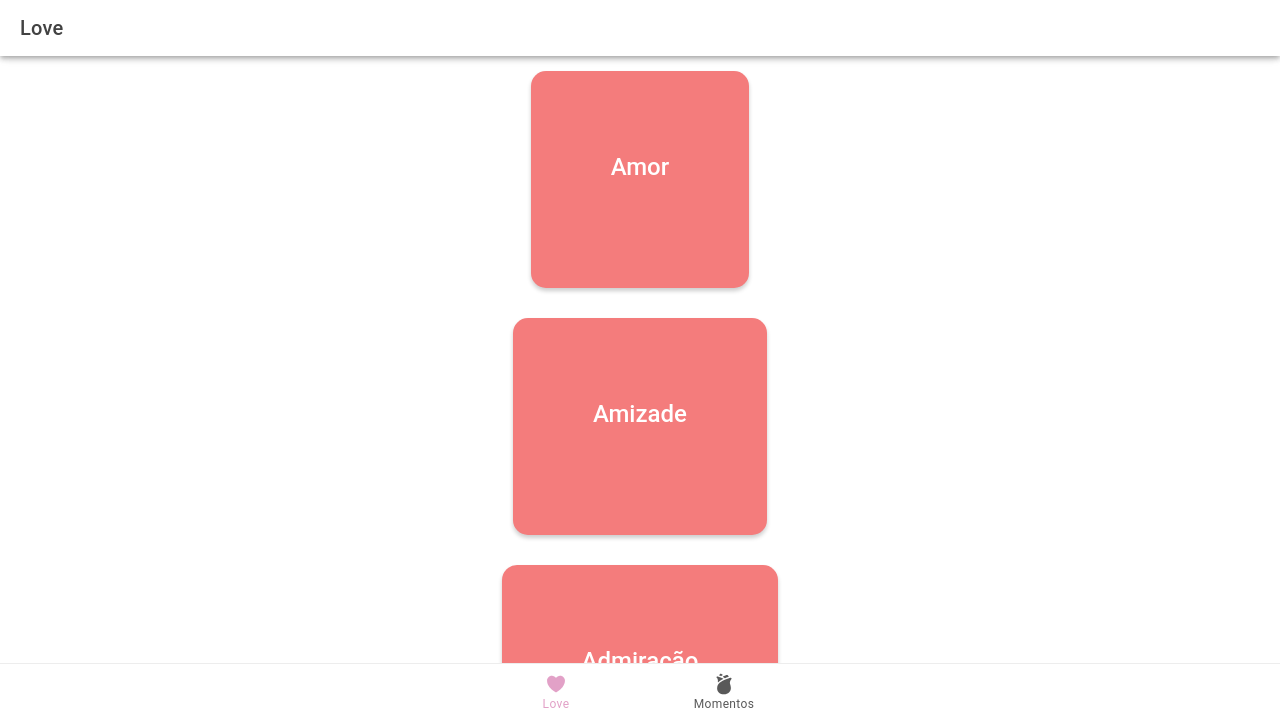
Repository: mateus-henrique-silva/lorrayne-app
Page: /
An editor plug-in stored every save of this project. The page is shown before and after the next save, followed by the edit.
The browser window is 1280 px wide. The pictures show the whole page.
The project was rebuilt for these pictures with package versions that can differ from the ones it lists, and the page was loaded fresh each time. Also part of the build but not shown: src/pages/Tab2.tsx, src/components/ExploreContainer.css, src/components/ExploreContainer.tsx, src/pages/Tab3.tsx.

Above is the page before, as saved 2022-07-05 14:37:51.

### src/App.tsx
import { Redirect, Route } from 'react-router-dom';
import {
  IonApp,
  IonIcon,
  IonLabel,
  IonRouterOutlet,
  IonTabBar,
  IonTabButton,
  IonTabs,
  setupIonicReact
} from '@ionic/react';
import { IonReactRouter } from '@ionic/react-router';
import { ellipse, heart, rose, square, star, triangle } from 'ionicons/icons';
import Tab1 from './pages/Tab1';
import Tab2 from './pages/Tab2';
import Tab3 from './pages/Tab3';

/* Core CSS required for Ionic components to work properly */
import '@ionic/react/css/core.css';

/* Basic CSS for apps built with Ionic */
import '@ionic/react/css/normalize.css';
import '@ionic/react/css/structure.css';
import '@ionic/react/css/typography.css';

/* Optional CSS utils that can be commented out */
import '@ionic/react/css/padding.css';
import '@ionic/react/css/float-elements.css';
import '@ionic/react/css/text-alignment.css';
import '@ionic/react/css/text-transformation.css';
import '@ionic/react/css/flex-utils.css';
import '@ionic/react/css/display.css';

/* Theme variables */
import './theme/variables.css';

setupIonicReact();

const App: React.FC = () => (
  <IonApp>
    <IonReactRouter>
      <IonTabs>
        <IonRouterOutlet>
          <Route exact path="/tab1">
            <Tab1 />
          </Route>
          <Route exact path="/tab2">
            <Tab2 />
          </Route>
          <Route path="/tab3">
            <Tab3 />
          </Route>
          <Route exact path="/">
            <Redirect to="/tab1" />
          </Route>
        </IonRouterOutlet>
        <IonTabBar slot="bottom">
          <IonTabButton tab="tab1" href="/tab1">
            <IonIcon icon={heart} />
            <IonLabel>Love</IonLabel>
          </IonTabButton>
          <IonTabButton tab="tab2" href="/tab2">
            <IonIcon icon={rose} />
            <IonLabel>Momentos</IonLabel>
          </IonTabButton>
          {/* <IonTabButton tab="tab3" href="/tab3">
            <IonIcon icon={star} />
            <IonLabel>Momentos</IonLabel>
          </IonTabButton> */}
        </IonTabBar>
      </IonTabs>
    </IonReactRouter>
  </IonApp>
);

export default App;

### src/pages/Tab1.tsx
import {
  IonContent,
  IonHeader,
  IonPage,
  IonTitle,
  IonToolbar,
} from "@ionic/react";
import Msg from "../components/boxMsg";
import "./Tab1.css";
import Box from "../components/BoxComponents";

const Tab1: React.FC = () => {
  return (
    <IonPage>
      <IonHeader>
        <IonToolbar>
          <IonTitle>Love</IonTitle>
        </IonToolbar>
      </IonHeader>
      <IonContent fullscreen>
        <IonHeader collapse="condense">
          <IonToolbar>
            <IonTitle size="large">Love</IonTitle>
          </IonToolbar>
        </IonHeader>

        <Box paragraph="É essa vontade incontrolável de passar todos os dias ao seu lado. Fazer de tudo para te tirar um sorriso bobo. O amor é simples e sincero. Te amo vida!" text="Amor" fontSize="20px" colorText="#ffff" color="#F47C7C" />

        <Box paragraph="É essa parceria que temos desde o dia que nos conhcemos. Saber que posso contar com você nos momentos mais dificeis" text="Amizade" fontSize="20px" colorText="#ffff" color="#F47C7C" />
        <Box paragraph="É a honra de estar ao lado de uma mulher guerreira, determinada, sonhadora. Que me motiva a crecer e amadurecer todos os dias para ser o melhor para você "
          text="Admiração"
          fontSize="20px"
          colorText="#ffff"
          color="#F47C7C"
        />
        <Box paragraph="É o que eu sinto das conquistas. É do seu futuro que será brilhante. Acredito em você e nos seus sonhos" text="Orgulho" fontSize="20px" colorText="#ffff" color="#F47C7C" />
        <Box paragraph="É o que eu tenho todos os dias. Agradeço a Deus por ter colocado a mulher mais incrivel do mundo na minha vida."
          text="Gratidão"
          fontSize="20px"
          colorText="#ffff"
          color="#F47C7C"
        />
        <Box paragraph="É o que somos. Mesmo não vivendo juntos ainda eu sei que somos uma familia, pois familia é que esta ao nosso lado nos bons e mals momento, e como eu sempre disse somos nos 2 contra o mundo!!"text="Familia" fontSize="20px" colorText="#ffff" color="#F47C7C" />
      </IonContent>
    </IonPage>
  );
};

export default Tab1;

### src/theme/variables.css
/* Ionic Variables and Theming. For more info, please see:
http://ionicframework.com/docs/theming/ */

/** Ionic CSS Variables **/
:root {
  /** primary **/
  --ion-color-primary: #e2a1c7;
  --ion-color-primary-rgb: 226, 161, 199;
  --ion-color-primary-contrast: #000000;
  --ion-color-primary-contrast-rgb: 0, 0, 0;
  --ion-color-primary-shade: #c78eaf;
  --ion-color-primary-tint: #e5aacd;

  /** secondary **/
  --ion-color-secondary: #3dc2ff;
  --ion-color-secondary-rgb: 61, 194, 255;
  --ion-color-secondary-contrast: #ffffff;
  --ion-color-secondary-contrast-rgb: 255, 255, 255;
  --ion-color-secondary-shade: #36abe0;
  --ion-color-secondary-tint: #50c8ff;

  /** tertiary **/
  --ion-color-tertiary: #5260ff;
  --ion-color-tertiary-rgb: 82, 96, 255;
  --ion-color-tertiary-contrast: #ffffff;
  --ion-color-tertiary-contrast-rgb: 255, 255, 255;
  --ion-color-tertiary-shade: #4854e0;
  --ion-color-tertiary-tint: #6370ff;

  /** success **/
  --ion-color-success: #2dd36f;
  --ion-color-success-rgb: 45, 211, 111;
  --ion-color-success-contrast: #ffffff;
  --ion-color-success-contrast-rgb: 255, 255, 255;
  --ion-color-success-shade: #28ba62;
  --ion-color-success-tint: #42d77d;

  /** warning **/
  --ion-color-warning: #ffc409;
  --ion-color-warning-rgb: 255, 196, 9;
  --ion-color-warning-contrast: #000000;
  --ion-color-warning-contrast-rgb: 0, 0, 0;
  --ion-color-warning-shade: #e0ac08;
  --ion-color-warning-tint: #ffca22;

  /** danger **/
  --ion-color-danger: #eb445a;
  --ion-color-danger-rgb: 235, 68, 90;
  --ion-color-danger-contrast: #ffffff;
  --ion-color-danger-contrast-rgb: 255, 255, 255;
  --ion-color-danger-shade: #cf3c4f;
  --ion-color-danger-tint: #ed576b;

  /** dark **/
  --ion-color-dark: #222428;
  --ion-color-dark-rgb: 34, 36, 40;
  --ion-color-dark-contrast: #ffffff;
  --ion-color-dark-contrast-rgb: 255, 255, 255;
  --ion-color-dark-shade: #1e2023;
  --ion-color-dark-tint: #383a3e;

  /** medium **/
  --ion-color-medium: #92949c;
  --ion-color-medium-rgb: 146, 148, 156;
  --ion-color-medium-contrast: #ffffff;
  --ion-color-medium-contrast-rgb: 255, 255, 255;
  --ion-color-medium-shade: #808289;
  --ion-color-medium-tint: #9d9fa6;

  /** light **/
  --ion-color-light: #f4f5f8;
  --ion-color-light-rgb: 244, 245, 248;
  --ion-color-light-contrast: #000000;
  --ion-color-light-contrast-rgb: 0, 0, 0;
  --ion-color-light-shade: #d7d8da;
  --ion-color-light-tint: #f5f6f9;
}

@media (prefers-color-scheme: dark) {
  /*
   * Dark Colors
   * -------------------------------------------
   */

  body {
    --ion-color-primary: #e2a1c7;
    --ion-color-primary-rgb: 226, 161, 199;
    --ion-color-primary-contrast: #000000;
    --ion-color-primary-contrast-rgb: 0, 0, 0;
    --ion-color-primary-shade: #c78eaf;
    --ion-color-primary-tint: #e5aacd;

    --ion-color-secondary: #50c8ff;
    --ion-color-secondary-rgb: 80,200,255;
    --ion-color-secondary-contrast: #ffffff;
    --ion-color-secondary-contrast-rgb: 255,255,255;
    --ion-color-secondary-shade: #46b0e0;
    --ion-color-secondary-tint: #62ceff;

    --ion-color-tertiary: #6a64ff;
    --ion-color-tertiary-rgb: 106,100,255;
    --ion-color-tertiary-contrast: #ffffff;
    --ion-color-tertiary-contrast-rgb: 255,255,255;
    --ion-color-tertiary-shade: #5d58e0;
    --ion-color-tertiary-tint: #7974ff;

    --ion-color-success: #2fdf75;
    --ion-color-success-rgb: 47,223,117;
    --ion-color-success-contrast: #000000;
    --ion-color-success-contrast-rgb: 0,0,0;
    --ion-color-success-shade: #29c467;
    --ion-color-success-tint: #44e283;

    --ion-color-warning: #ffd534;
    --ion-color-warning-rgb: 255,213,52;
    --ion-color-warning-contrast: #000000;
    --ion-color-warning-contrast-rgb: 0,0,0;
    --ion-color-warning-shade: #e0bb2e;
    --ion-color-warning-tint: #ffd948;

    --ion-color-danger: #ff4961;
    --ion-color-danger-rgb: 255,73,97;
    --ion-color-danger-contrast: #ffffff;
    --ion-color-danger-contrast-rgb: 255,255,255;
    --ion-color-danger-shade: #e04055;
    --ion-color-danger-tint: #ff5b71;

    --ion-color-dark: #f4f5f8;
    --ion-color-dark-rgb: 244,245,248;
    --ion-color-dark-contrast: #000000;
    --ion-color-dark-contrast-rgb: 0,0,0;
    --ion-color-dark-shade: #d7d8da;
    --ion-color-dark-tint: #f5f6f9;

    --ion-color-medium: #989aa2;
    --ion-color-medium-rgb: 152,154,162;
    --ion-color-medium-contrast: #000000;
    --ion-color-medium-contrast-rgb: 0,0,0;
    --ion-color-medium-shade: #86888f;
    --ion-color-medium-tint: #a2a4ab;

    --ion-color-light: #222428;
    --ion-color-light-rgb: 34,36,40;
    --ion-color-light-contrast: #ffffff;
    --ion-color-light-contrast-rgb: 255,255,255;
    --ion-color-light-shade: #1e2023;
    --ion-color-light-tint: #383a3e;
  }

  /*
   * iOS Dark Theme
   * -------------------------------------------
   */

  .ios body {
    --ion-background-color: #000000;
    --ion-background-color-rgb: 0,0,0;

    --ion-text-color: #ffffff;
    --ion-text-color-rgb: 255,255,255;

    --ion-color-step-50: #0d0d0d;
    --ion-color-step-100: #1a1a1a;
    --ion-color-step-150: #262626;
    --ion-color-step-200: #333333;
    --ion-color-step-250: #404040;
    --ion-color-step-300: #4d4d4d;
    --ion-color-step-350: #595959;
    --ion-color-step-400: #666666;
    --ion-color-step-450: #737373;
    --ion-color-step-500: #808080;
    --ion-color-step-550: #8c8c8c;
    --ion-color-step-600: #999999;
    --ion-color-step-650: #a6a6a6;
    --ion-color-step-700: #b3b3b3;
    --ion-color-step-750: #bfbfbf;
    --ion-color-step-800: #cccccc;
    --ion-color-step-850: #d9d9d9;
    --ion-color-step-900: #e6e6e6;
    --ion-color-step-950: #f2f2f2;

    --ion-item-background: #000000;

    --ion-card-background: #1c1c1d;
  }

  .ios ion-modal {
    --ion-background-color: var(--ion-color-step-100);
    --ion-toolbar-background: var(--ion-color-step-150);
    --ion-toolbar-border-color: var(--ion-color-step-250);
  }


  /*
   * Material Design Dark Theme
   * -------------------------------------------
   */

  .md body {
    --ion-background-color: #121212;
    --ion-background-color-rgb: 18,18,18;

    --ion-text-color: #ffffff;
    --ion-text-color-rgb: 255,255,255;

    --ion-border-color: #222222;

    --ion-color-step-50: #1e1e1e;
    --ion-color-step-100: #2a2a2a;
    --ion-color-step-150: #363636;
    --ion-color-step-200: #414141;
    --ion-color-step-250: #4d4d4d;
    --ion-color-step-300: #595959;
    --ion-color-step-350: #656565;
    --ion-color-step-400: #717171;
    --ion-color-step-450: #7d7d7d;
    --ion-color-step-500: #898989;
    --ion-color-step-550: #949494;
    --ion-color-step-600: #a0a0a0;
    --ion-color-step-650: #acacac;
    --ion-color-step-700: #b8b8b8;
    --ion-color-step-750: #c4c4c4;
    --ion-color-step-800: #d0d0d0;
    --ion-color-step-850: #dbdbdb;
    --ion-color-step-900: #e7e7e7;
    --ion-color-step-950: #f3f3f3;

    --ion-item-background: #1e1e1e;

    --ion-toolbar-background: #1f1f1f;

    --ion-tab-bar-background: #1f1f1f;

    --ion-card-background: #1e1e1e;
  }
}

### src/components/BoxComponents.tsx
import React, { useState } from "react";
import { motion, AnimatePresence } from "framer-motion";
import "./BoxComponents.css";

interface TextBox {
  text: string;
  color: string;
  colorText: string;
  fontSize: string;
  paragraph: string;
}

const BoxComponents: React.FC<TextBox> = (props, { text }) => {
  const [isOpen, setIsOpen] = useState(false);
  const TextArray = [
    {
      id: 0,
      paragraph: "Mateus henrique lindo",
    },
    { id: 1, paragraph: "Mateus henrique lindo" },
  ];
  const colorBox = {
    backgroundColor: props.color,
    color: props.colorText,
    fontSize: props.fontSize,
  };
  return (
    <div className="Box">
      <div className="BoxSet">
        <motion.div transition={{layout: {duration:2, type:"spring"}}} onClick= {()=> setIsOpen(!isOpen)} className="BoxPrincipal" style={colorBox}>
        <motion.h2 layout="position">{props.text}</motion.h2>

          {isOpen &&(

          <motion.div initial={{opacity:0}} animate ={{opacity:1}} transition={{duration:1}} >
          {/* {
         TextArray.map((TextArray)  =>(
          <p key={TextArray.id}>{TextArray.paragraph}</p>
         )  )} */}
         <p>{props.paragraph}</p>
         </motion.div>)}

        </motion.div>
        {/* <motion.div className="BoxPrincipal" style={colorBox}>{props.text}</motion.div> */}
      </div>
    </div>
  );
};

export default BoxComponents;

### src/components/BoxComponents.css
.Box{
    display:grid;
    justify-content:space-around;
    overflow:hidden;

}
.BoxSet{

    width:100%;
    margin-bottom:15px;


}

.BoxPrincipal{
    padding: 4rem 5rem 6rem;
    display:block;
    width: 100%;
    margin-top:15px;
    border-radius:15px;
    justify-content:center;
    cursor: pointer;
    align-items:center;
    transition:1s;
    box-shadow: 0px 3px 4px rgba(0,0,0,0.2) ;
}
p{
    padding-top:1rem ;


}
h2{
    margin: 0;
    padding: 0;
}
@media(max-width:800px){
    .Box{
        display:grid;
        justify-content:space-around;

        width:100%;


    }
    .BoxSet{
        display:flex;
        width:100%;
        margin-bottom:15px;


    }


    .Box:last-child{
        margin-bottom:15px;
    }

}


@media(max-width:480px){

    .BoxSet{
        display:grid;
        width:100%
    }


}

Loaded but not shown: public/index.html (common file); src/index.tsx (common file); src/serviceWorkerRegistration.ts (common file); src/reportWebVitals.ts (common file); src/pages/Tab1.css (no stored copy; drawn as an empty file); src/pages/Tab2.css (no stored copy; drawn as an empty file); src/pages/Tab3.css (no stored copy; drawn as an empty file)

After the next save:
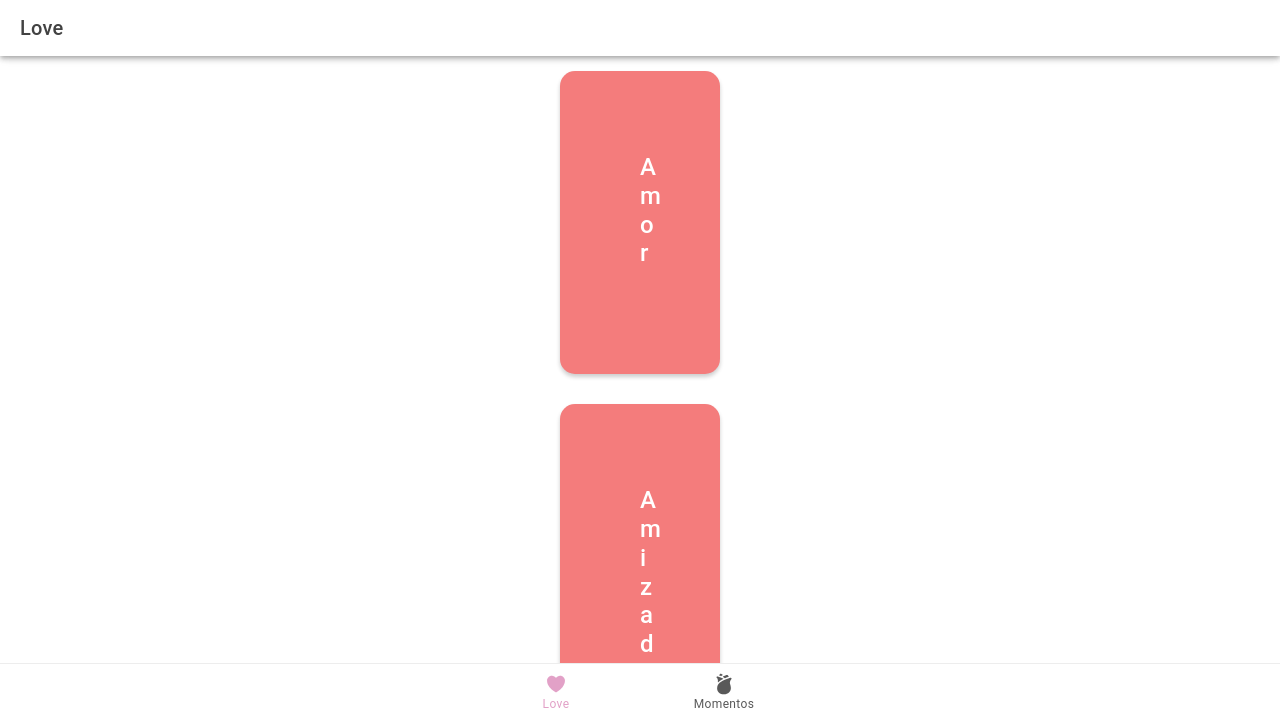
Saved 5 s later.
--- a/src/components/BoxComponents.css
+++ b/src/components/BoxComponents.css
@@ -15,7 +15,7 @@
 .BoxPrincipal{
     padding: 4rem 5rem 6rem;
     display:block;
-    width: 100%;
+    width: 100px;
     margin-top:15px;
     border-radius:15px;
     justify-content:center;
